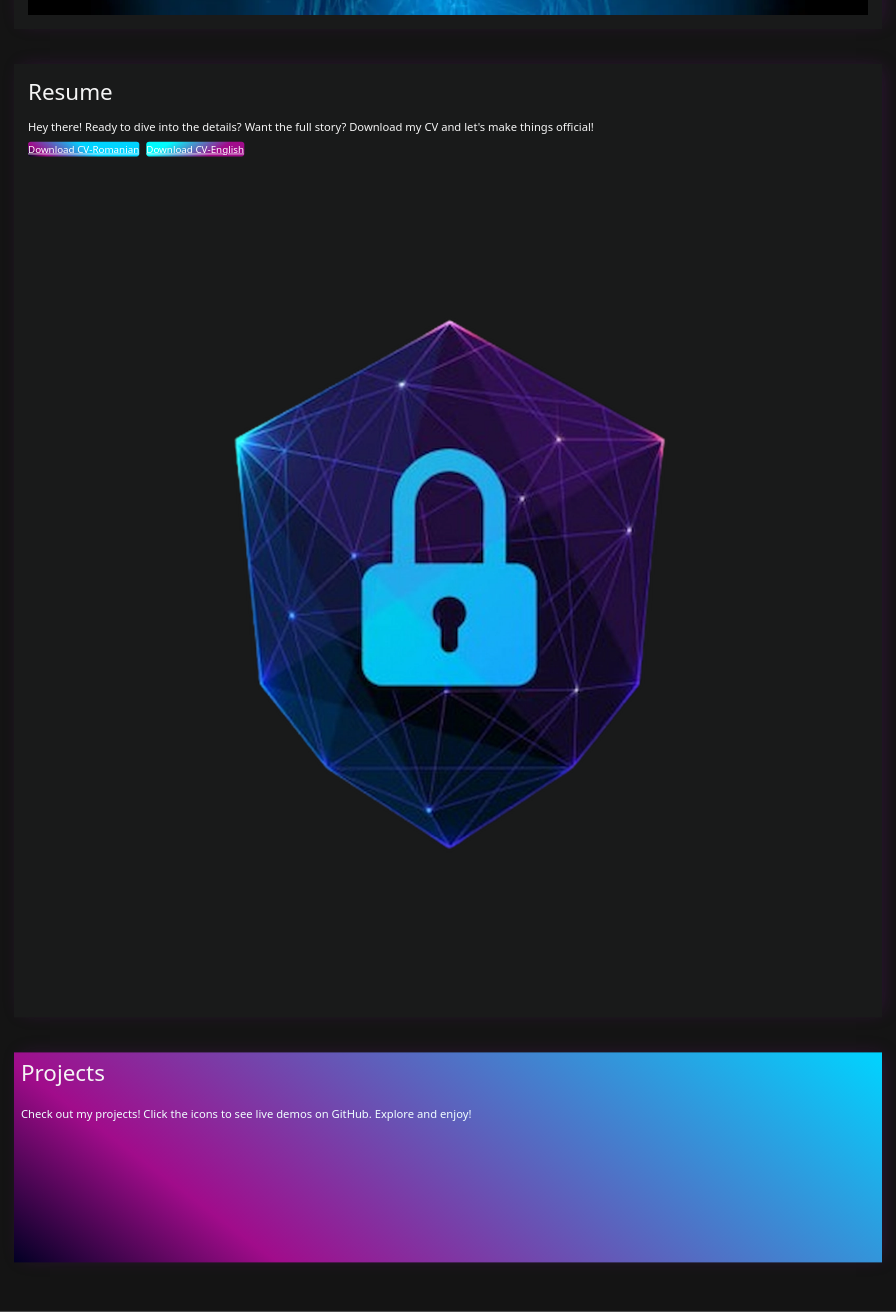
Repository: Sebastiand22/portfolio
Page: index.html
The author's editor kept a copy of each file at every save. The page is drawn from the files as they stood at one save, then again after a run of saves.
The browser window is 1280 px wide. The pictures show the part of the page from y = 1718 to 3638 px (the page is 3592 px tall before and 3638 px after), at 70% of full size.

Above is the page before, as saved 2024-09-15 01:00:04.

After the next 6 saves:
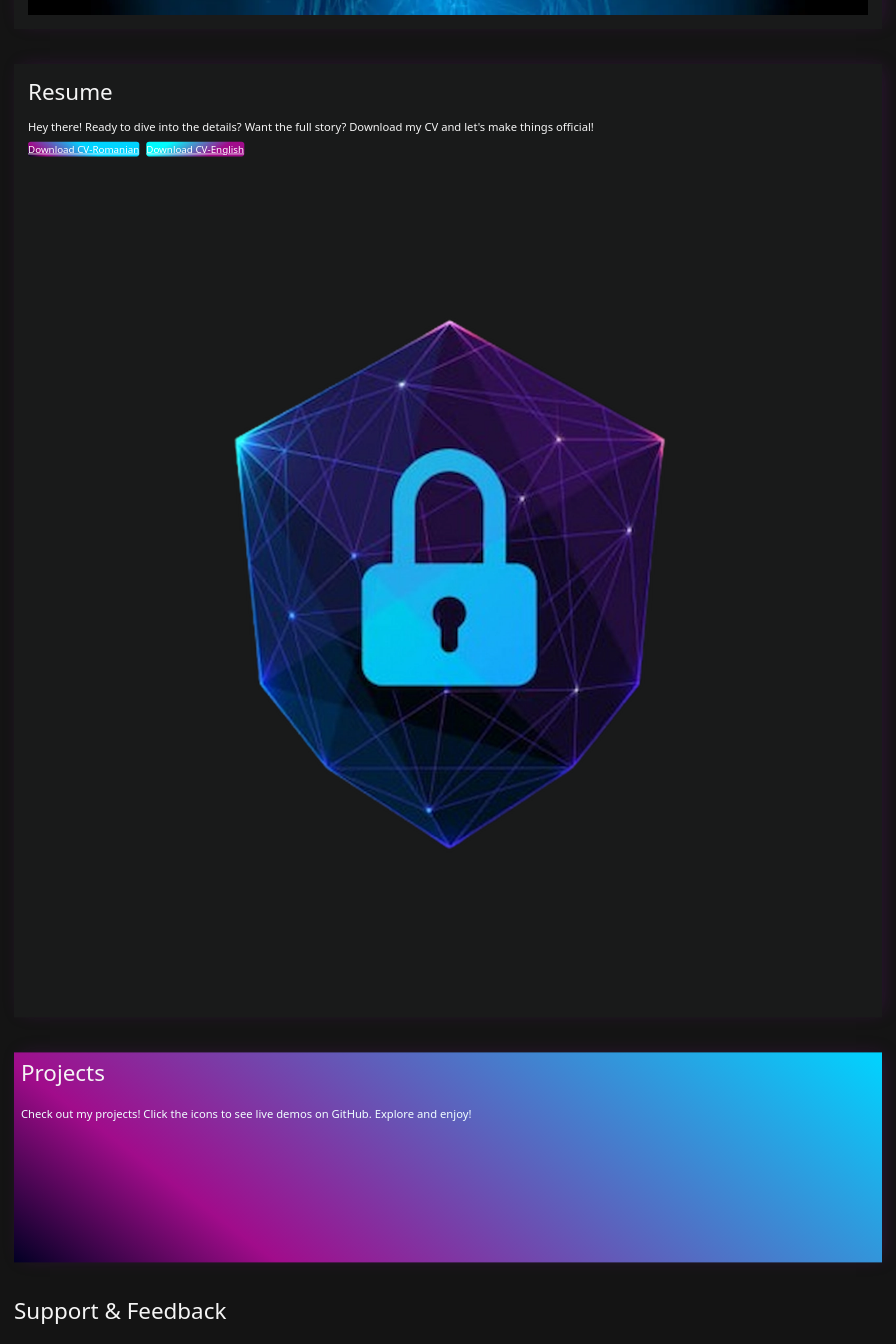
The 6 saves are shown as one change because they came seconds apart.
The last was saved 18 s later.
--- a/index.html
+++ b/index.html
@@ -209,7 +209,7 @@
       <section class="footer" id="contact">
         <div class="footer-section">
   <div class="support-feedback">
-
+    <h2> Support & Feedback</h2>
 
 
   </div>
